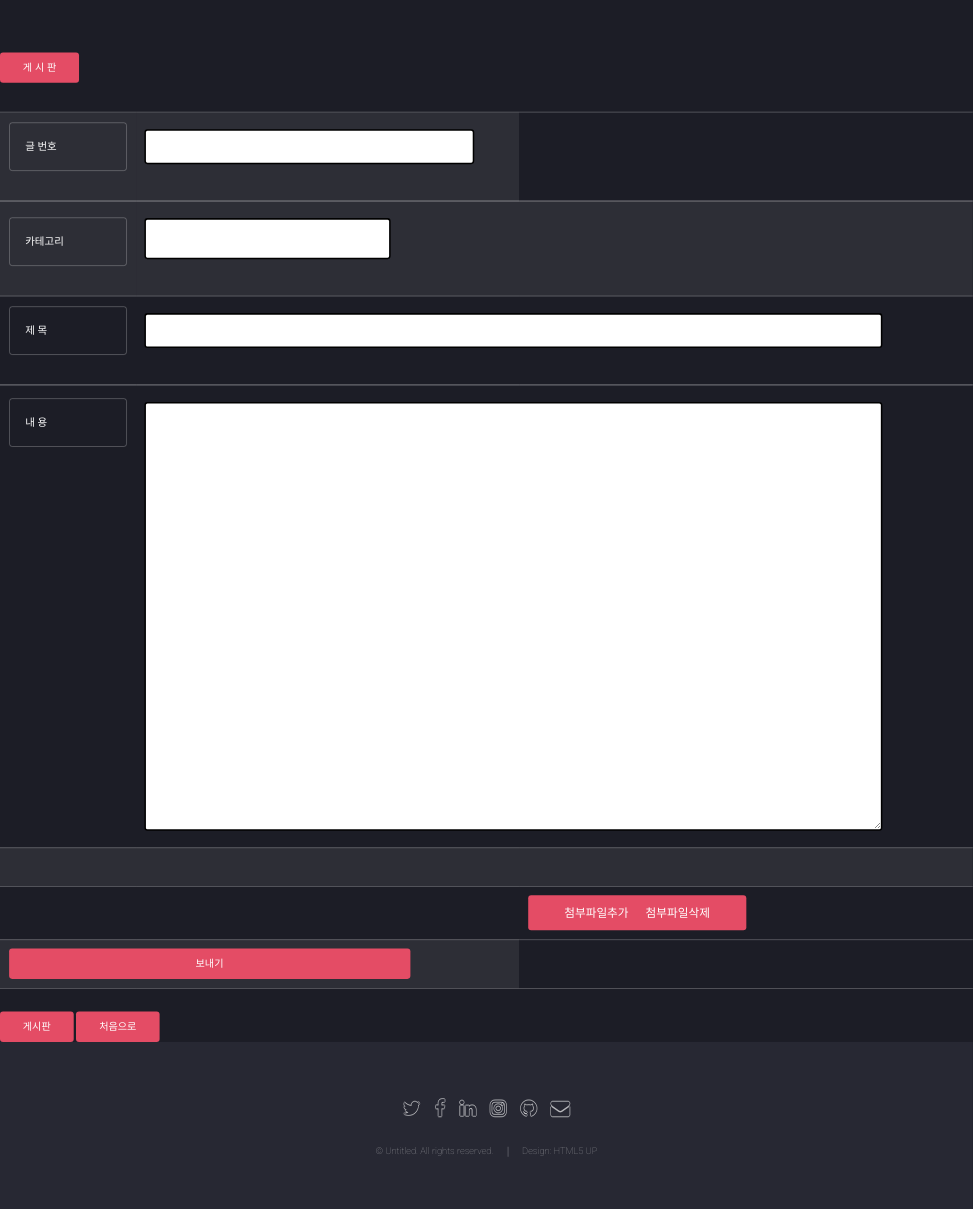
Repository: worMholEamkim/SpringEX
Page: http://localhost/bbs/bbsupdate.do
These files come from the project's save history. The page is drawn as it stood at one moment and after the next save; the edit follows.
The browser window is 1280 px wide. The pictures show the whole page, at 76% of full size.
The page is served by Tomcat 9. Other server files are loaded and not shown. Queries for data that is not in the repository find no rows.

Above is the page before, as saved 2019-03-18 05:04:21.

### JSP_WepPage_Server-master.zip_expanded/JSP_WepPage_Server-master/bbs/WebContent/WEB-INF/bbsupdate.jsp
<%@ page language="java" contentType="text/html; charset=UTF-8"
	pageEncoding="UTF-8"%>
<%@ taglib prefix="c" uri="http://java.sun.com/jsp/jstl/core"%>

<!DOCTYPE html>
<html lang="en">
<head>
<title>게시판 업로드데스</title>
<meta charset="utf-8">
		<meta charset="utf-8" />
		<meta name="viewport" content="width=device-width, initial-scale=1, user-scalable=no" />
		<link rel="stylesheet" href="assets/css/main.css" />
<style>

	box {
		display: inline;
		transition: border-color 0.2s ease-in-out;
	    background: transparent;
	    border-radius: 4px;
	    border: solid 1px rgba(255, 255, 255, 0.3);
	    color: inherit;
	    text-decoration: none;


	}

	a {
		color:white;
		text-decoration:none;
		border-bottom-color:transparent;

	}


</style>

</head>
<body class="is-preload">
	<%
		String sessionID = null;
		if (session.getAttribute("sessionID") != null) {
			sessionID = (String) session.getAttribute("sessionID");
		}
	%>
	<div class="wrapper style1">
			<button class="button primary"><a href="bbs.do">게 시 판</a></button>
		</div>
		<div align="center">
			<form method="post" action="bbsupdate.do">
				<table border=0px>
					<tr>
						<td><h5 class="box">글 번호</h5></td>
						<td colspan="2"><input name="bbsId" type="text" value="${bbsUpdate.bbsId}"  readonly
							style="width: 90%; padding: 12px 20px; margin: 10px 0px; background-color: white; box-sizing: border-box; border: 2px solid black;">
						</td>
					<tr>
					<tr>
						<td><h5 class="box">카테고리</h5></td>
						<td colspan="4">
						<select name="category"
							style="width: 30%; padding: 12px 20px; font-size: 18px; margin: 10px 0px; background-color: white; box-sizing: border-box; border: 2px solid black;">
								<c:if test="${bbsUpdate.bbsCategory == 'math'}">
									<option value="math" selected>수학</option>
								</c:if>
								<c:if test="${bbsUpdate.bbsCategory != 'math'}">
									<option value="math">수학</option>
								</c:if>
								<c:if test="${bbsUpdate.bbsCategory == 'enjoy'}">
									<option value="enjoy" selected>여행</option>
								</c:if>
								<c:if test="${bbsUpdate.bbsCategory != 'enjoy'}">
									<option value="enjoy">여행</option>
								</c:if>
								<c:if test="${bbsUpdate.bbsCategory == 'pic'}">
									<option value="pic" selected>사진</option>
								</c:if>
								<c:if test="${bbsUpdate.bbsCategory != 'pic'}">
									<option value="pic">사진</option>
								</c:if>
								<c:if test="${bbsUpdate.bbsCategory == 'java'}">
									<option value="java" selected>java</option>
								</c:if>
								<c:if test="${bbsUpdate.bbsCategory != 'java'}">
									<option value="java">java</option>
								</c:if>
								<c:if test="${bbsUpdate.bbsCategory == 'web'}">
									<option value="web" selected>웹프로그래밍</option>
								</c:if>
								<c:if test="${bbsUpdate.bbsCategory != 'web'}">
									<option value="web">웹프로그래밍</option>
								</c:if>
								<c:if test="${bbsUpdate.bbsCategory == 'estate'}">
									<option value="estate" selected>부동산</option>
								</c:if>
								<c:if test="${bbsUpdate.bbsCategory != 'estate'}">
									<option value="estate">부동산</option>
								</c:if>
								<c:if test="${bbsUpdate.bbsCategory == 'food'}">
									<option value="food" selected>음식</option>
								</c:if>
								<c:if test="${bbsUpdate.bbsCategory != 'food'}">
									<option value="food">음식</option>
								</c:if>
								<c:if test="${bbsUpdate.bbsCategory == 'common'}">
									<option value="common" selected>상식</option>
								</c:if>
								<c:if test="${bbsUpdate.bbsCategory != 'common'}">
									<option value="common">상식</option>
								</c:if>
						</select>
						</td>

					</tr>
					<tr>
						<td><h5 class="box">제 목</h5></td>
						<td colspan="4"><input name="title" type="text" value="${bbsUpdate.bbsTitle}"
							style="width: 90%; padding: 12px 20px; margin: 10px 0px; background-color: white; box-sizing: border-box; border: 2px solid black;">
						</td>
					<tr>
					<tr>
						<td><h5 class="box">내 용</h5></td>
						<td colspan="4"><textarea name="content" rows="20" cols="80"
								style="width: 90%; padding: 12px 20px; margin: 10px 0px; background-color: white; box-sizing: border-box; border: 2px solid black;">
								${bbsUpdate.bbsContent}</textarea>
						</td>
					</tr>

					<tr>
						<td colspan="5"><br>
						</td>
					<tr>

						<script type="text/javascript">
							var uf = "";
							function file_add(size, ext) {
								var filecountTemp = parseInt(document
										.getElementById("file_cnt").value);
								var parents = document
										.getElementById("file_add_form");
								var br = document.createElement("br");
								br.setAttribute("id", "br" + (filecountTemp + 1));
								parents.appendChild(br);
								if (filecountTemp == 30) {
									alert("파일업로드는 최대 30개까지 가능합니다"); //< --- 이 부분 지우면 무한대로 추가됨.
									return;
								} else {
									var obj = document.createElement("input");
									obj.setAttribute("type", "file");
									obj.setAttribute("size", size);
									obj.setAttribute("name", "bbs_file"
											+ (filecountTemp + 1));
									obj.setAttribute("id", "file"
											+ (filecountTemp + 1));
									parents.appendChild(obj);
								}
								document.getElementById("file_cnt").value = filecountTemp + 1;
							}
							function file_delete() {
								var filecountTemp = parseInt(document
										.getElementById("file_cnt").value);
								var parents = document
										.getElementById("file_add_form");
								var obj = document.getElementById('file'
										+ filecountTemp);
								var br = document.getElementById('br'
										+ filecountTemp);
								parents.removeChild(obj);

								document.getElementById("file_cnt").value = filecountTemp - 1;
							}
						</script>

						<td colspan="3"></td>

						<td colspan="3">
						<div class="button primary" style="width: 50%;">
						<input type="hidden" id="file_cnt"
							name="file_cnt" value="1" style="">
							<a href="javascript:file_add(50, 'class=input_write');"><b>첨부파일추가</b></a>&nbsp;&nbsp;&nbsp;&nbsp;&nbsp;
							<a href="javascript:file_delete();"><b>첨부파일삭제</b></a>
						</div>
						</td>
					</tr>

						<td colspan="3"><button type="submit"
								class="button primary"
								style="width: 80%;">보내기</button>
						</td>
					</tr>
				</table>
			</form>
		</div>

			<button class="button primary">
				<a href='bbs.do'>게시판</a>
			</button>

			<button class="button primary">
				<a href='home.do'>처음으로</a>
			</button>
	</div>
</body>
<footer id="footer">
					<ul class="icons">
						<li><a href="#" class="icon alt fa-twitter"><span class="label">Twitter</span></a></li>
						<li><a href="#" class="icon alt fa-facebook"><span class="label">Facebook</span></a></li>
						<li><a href="#" class="icon alt fa-linkedin"><span class="label">LinkedIn</span></a></li>
						<li><a href="#" class="icon alt fa-instagram"><span class="label">Instagram</span></a></li>
						<li><a href="#" class="icon alt fa-github"><span class="label">GitHub</span></a></li>
						<li><a href="#" class="icon alt fa-envelope"><span class="label">Email</span></a></li>
					</ul>
					<ul class="copyright">
						<li>&copy; Untitled. All rights reserved.</li><li>Design: <a href="http://html5up.net">HTML5 UP</a></li>
					</ul>
				</footer>
</html>

### JSP_WepPage_Server-master.zip_expanded/JSP_WepPage_Server-master/bbs/src/com/jsp/controller/BbsUpdateController.java
package com.jsp.controller;

import java.io.IOException;

import javax.servlet.RequestDispatcher;
import javax.servlet.ServletException;
import javax.servlet.http.HttpServlet;
import javax.servlet.http.HttpServletRequest;
import javax.servlet.http.HttpServletResponse;
import javax.servlet.http.HttpSession;

import com.jsp.dao.BbsDao;
import com.jsp.dao.TransactionDao;
import com.jsp.dto.BbsDto;
import com.oreilly.servlet.MultipartRequest;
import com.oreilly.servlet.multipart.DefaultFileRenamePolicy;

public class BbsUpdateController extends HttpServlet {
	@Override
	protected void doGet(HttpServletRequest req, HttpServletResponse resp) throws ServletException, IOException {
		String bbsID = req.getParameter("id");
		BbsDao bbsDao = BbsDao.getInstance();
		BbsDto bbsDto = bbsDao.selectById(bbsID);

		req.setAttribute("bbsUpdate", bbsDto);

		RequestDispatcher rd = req.getRequestDispatcher("/WEB-INF/bbsupdate.jsp");
		rd.forward(req, resp);
	}
	@Override
	protected void doPost(HttpServletRequest req, HttpServletResponse resp) throws ServletException, IOException {

		HttpSession session = req.getSession();
		String sessionID = null;
		if (session.getAttribute("sessionID") != null) {
			sessionID = (String) session.getAttribute("sessionID");
		}

		req.setCharacterEncoding("UTF-8");
		resp.setContentType("text/html;charset=UTF-8");

		String category = req.getParameter("category");
		String title = req.getParameter("title");
		String content = req.getParameter("content");
		String bbsId = req.getParameter("bbsId");


		BbsDto bbsDto = new BbsDto();
		bbsDto.setBbsTitle(title);
		bbsDto.setBbsCategory(category);
		bbsDto.setBbsContent(content);
		bbsDto.setBbsId(bbsId);



		TransactionDao tDao = TransactionDao.getInstance();
		System.out.println("업데이트올 작동?");
		int resultTrans = tDao.updateAll(bbsDto);
		//왜애 ㅠㅠㅠ어리머람ㅇㄴ리ㅏㅓㄴㅁ아ㅣ렁ㄴㅁ
		System.out.println(bbsDto.toString());
		req.setAttribute("resultTrans", resultTrans);

		RequestDispatcher rd = req.getRequestDispatcher("bbs.do");

		rd.forward(req, resp);

	}


}

### JSP_WepPage_Server-master.zip_expanded/JSP_WepPage_Server-master/bbs/src/com/jsp/dao/BbsDao.java
package com.jsp.dao;

import java.sql.Connection;
import java.sql.DriverManager;
import java.sql.PreparedStatement;
import java.sql.ResultSet;
import java.sql.SQLException;
import java.util.ArrayList;
import java.util.List;

import com.jsp.dto.BbsDto;

public class BbsDao {

	private static BbsDao bbsDao;
	private Connection conn;
	private PreparedStatement pstmt;
	private int result;
	private ResultSet rs;
	private List<BbsDto> bbsList;


	private BbsDao() {
	}



	public static synchronized BbsDao getInstance() {
		if(bbsDao == null) {
			bbsDao = new BbsDao();
	}
		return bbsDao;
	}
	public Connection getConnect() {
		String url = "jdbc:oracle:thin:@localhost:1521:xe";
		String id = "BIG";
		String pw ="1234";
		try {
			Class.forName("core.log.jdbc.driver.OracleDriver");
			conn = DriverManager.getConnection(url, id, pw);

		} catch(ClassNotFoundException e) {
			e.printStackTrace();
		} catch(SQLException e) {
			e.printStackTrace();
		}
		return conn;
	}

	public BbsDto selectById(String id) {

		// id 확인
		//System.out.println("dao에서 id = " + id);
		BbsDto bbsDto = new BbsDto();
		//System.out.println("왜");
		conn = this.getConnect();
		//System.out.println("에러가난거야 쉬뱌ㅠㅠ");

		StringBuffer query = new StringBuffer();
		query.append("SELECT *");
		query.append(" FROM BBS");
		query.append(" WHERE BBSID=? ");

		try {
			//System.out.println("양심적으로 try문은 들어가야지?");
			pstmt = conn.prepareStatement(query.toString());
			pstmt.setString(1, id);

			//System.out.println("설마 여긴가?");
			rs = pstmt.executeQuery();
			// rs 확인
			//System.out.println("dao에서 " + rs);
			while (rs.next()) {

				bbsDto.setId(rs.getString("ID"));
				bbsDto.setBbsId(rs.getString("BBSID"));
				bbsDto.setBbsTitle(rs.getString("BBSTITLE"));
				bbsDto.setBbsDate(rs.getString("BBSDATE"));
				bbsDto.setBbsCategory(rs.getString("BBSCATEGORY"));
				bbsDto.setBbsContent(rs.getString("BBSCONTENT"));
				bbsDto.setBbsHit(rs.getString("BBSHIT"));
				//System.out.println(bbsDto.toString());
			}
		} catch (SQLException e) {

		} finally {
			this.close(conn, pstmt, null);
		}
		return bbsDto;
	}


	public BbsDto selectBeforeById(String id) {

		BbsDto bbsDto = new BbsDto();
		conn = this.getConnect();
		StringBuffer query = new StringBuffer();

		query.append("SELECT * FROM BBS WHERE BBSID IN ");
		query.append(" ((SELECT MAX(BBSID) FROM BBS ");
		query.append(" WHERE BBSID < ? ))");
		try {
			pstmt = conn.prepareStatement(query.toString());
			pstmt.setString(1, id);
			rs = pstmt.executeQuery();

			while(rs.next()) {
				bbsDto.setId(rs.getString("ID"));
				bbsDto.setBbsId(rs.getString("BBSID"));
				bbsDto.setBbsTitle(rs.getString("BBSTITLE"));
				bbsDto.setBbsDate(rs.getString("BBSDATE"));
				bbsDto.setBbsCategory(rs.getString("BBSCATEGORY"));
				bbsDto.setBbsContent(rs.getString("BBSCONTENT"));
				bbsDto.setBbsHit(rs.getString("BBSHIT"));
			}
		} catch (SQLException e) {

		} finally {
			this.close(conn, pstmt, null);
		}
		return bbsDto;
	}


	public BbsDto selectAfterById(String id) {

		BbsDto	bbsDto = new BbsDto();
		conn = this.getConnect();
		StringBuffer query = new StringBuffer();

		query.append("SELECT * FROM BBS WHERE BBSID IN ");
		query.append(" ((SELECT MIN(BBSID) FROM BBS ");
		query.append(" WHERE BBSID > ? )) ");
		try {
			pstmt = conn.prepareStatement(query.toString());
			pstmt.setString(1, id);
			rs = pstmt.executeQuery();

			while(rs.next()) {
				bbsDto.setId(rs.getString("ID"));
				bbsDto.setBbsId(rs.getString("BBSID"));
				bbsDto.setBbsTitle(rs.getString("BBSTITLE"));
				bbsDto.setBbsDate(rs.getString("BBSDATE"));
				bbsDto.setBbsCategory(rs.getString("BBSCATEGORY"));
				bbsDto.setBbsContent(rs.getString("BBSCONTENT"));
				bbsDto.setBbsHit(rs.getString("BBSHIT"));
			}
		} catch (SQLException e) {

		} finally {
			this.close(conn, pstmt, null);
		}
		return bbsDto;
	}


	public int hitUpdate(String id) {

		conn = this.getConnect();
		StringBuffer query = new StringBuffer();
		query.append("UPDATE BBS SET BBSHIT = BBSHIT +1 WHERE BBSID=?");
			try {
				pstmt = conn.prepareStatement(query.toString());
				pstmt.setString(1, id);
				result = pstmt.executeUpdate();
			} catch(SQLException e1) {
	}
			finally {
				this.close(conn, pstmt, null);
			}
			return result;
	}

	public int hitUpdate(Connection conn, String id) {

			conn = this.getConnect();
			StringBuffer query = new StringBuffer();
			query.append("UPDATE BBS SET BBSHIT = BBSHIT +1 WHERE BBSID=?");
				try {
					pstmt = conn.prepareStatement(query.toString());
					pstmt.setString(1, id);
					result = pstmt.executeUpdate();
				} catch(SQLException e1) {
		}
				finally {
					this.close(conn, pstmt, null);
				}
				return result;
		}



	public int update(BbsDto bbsDto) {

		conn = this.getConnect();
		StringBuffer query = new StringBuffer();
		query.append("UPDATE BBS SET ");
		query.append(" BBTITLE=?, BBSCATEGORY=?, BBSCONTENT=?");
		query.append(" WHERE BBSID=?");
			try {
				pstmt = conn.prepareStatement(query.toString());
				pstmt.setString(1, bbsDto.getBbsTitle());
				pstmt.setString(2, bbsDto.getBbsCategory());
				pstmt.setString(3, bbsDto.getBbsContent());
				pstmt.setString(4, bbsDto.getBbsId());

				result = pstmt.executeUpdate();
			} catch (SQLException e1) {

			} finally {
				this.close(conn, pstmt, null);
			}
			return result;
	}


	public int insert(BbsDto bbsDto) {

		conn = this.getConnect();
		StringBuffer query = new StringBuffer();
		query.append("INSERT INTO BBS(BBSID, ID, BBSTITLE, BBSDATE, BBSCATEGORY, BBSCONTENT, BBSHIT)");
		query.append(" VALUES (bbs_seq.nextval ,? ,? ,sysdate,? ,? ,0 )");

		try {
			pstmt = conn.prepareStatement(query.toString());
			pstmt.setString(1, bbsDto.getId());
			pstmt.setString(2, bbsDto.getBbsTitle());
			pstmt.setString(3, bbsDto.getBbsCategory());
			pstmt.setString(4, bbsDto.getBbsContent());

			result = pstmt.executeUpdate();

		} catch (SQLException e) {
			e.printStackTrace();
		} finally {
			this.close(conn, pstmt, null);
		}
		return result;
	}


	public int insertOracle(BbsDto bbsDto) {

		conn = this.getConnect();
		StringBuffer query = new StringBuffer();
		query.append("INSERT INTO BBS(BBSID, ID, BBSTITLE, BBSDATE, BBSCATEGORY, BBSCONTENT, BBSHIT)");
		query.append(" VALUES(BBS_SEQ.BEXTVAL, ? ,? ,NOW(), ?, ?, 0 )");

		try {
			pstmt = conn.prepareStatement(query.toString());
			pstmt.setString(1,  bbsDto.getId());
			pstmt.setString(2,  bbsDto.getBbsTitle());
			pstmt.setString(3,  bbsDto.getBbsCategory());
			pstmt.setString(4,  bbsDto.getBbsContent());

			result = pstmt.executeUpdate();
		} catch (SQLException e) {
			e.printStackTrace();
		} finally {
			this.close(conn, pstmt, null);
		}
		return result;
	}


	public List<BbsDto> selectAll(int startNum, int perpage) {
		bbsList = new ArrayList<>();
		conn = this.getConnect();
		StringBuffer query = new StringBuffer();
		query.append("SELECT T2.*");
		query.append("	FROM (SELECT ROWNUM R2, T.*");
		query.append("	FROM (SELECT BBSID, ID, substr(BBSTITLE, 1, 10) BBSTITLE, BBSDATE,");
		query.append("BBSCATEGORY, substr(BBSCONTENT, 1, 15) BBSCONTENT, BBSHIT ");
		query.append(" FROM BBS ORDER BY BBSID DESC ) T) T2 ");
		query.append("WHERE T2.R2 BETWEEN ? AND ?");

		try {
			pstmt = conn.prepareStatement(query.toString());
			pstmt.setInt(1, startNum - 1);
			pstmt.setInt(2, perpage);


			rs = pstmt.executeQuery();
			while (rs.next()) {
				BbsDto bbsDto = new BbsDto();

				bbsDto.setId(rs.getString("ID"));
				bbsDto.setBbsId(rs.getString("BBSID"));
				bbsDto.setBbsTitle(rs.getString("BBSTITLE"));
				bbsDto.setBbsDate(rs.getString("BBSDATE"));
				bbsDto.setBbsCategory(rs.getString("BBSCATEGORY"));
				bbsDto.setBbsContent(rs.getString("BBSCONTENT"));
				bbsDto.setBbsHit(rs.getString("BBSHIT"));

				bbsList.add(bbsDto);
			}
			} catch(SQLException e) {
				e.printStackTrace();
		}	return bbsList;
}


	public int delete(int id) {

		conn = this.getConnect();
		StringBuffer query = new StringBuffer();

		try {

			query.append("DELETE FROM BBS");
			query.append(" WHERE BBSID = ?");
			pstmt = conn.prepareStatement(query.toString());
			pstmt.setInt(1,  id);
			int result = pstmt.executeUpdate();

			return result;
		} catch (SQLException e) {
			e.printStackTrace();
		} finally {
			this.close(conn, pstmt, null);
		}
		return -1;
	}



	public int getTotalCount() {

		conn = this.getConnect();
		StringBuffer query = new StringBuffer();
		query.append("SELECT count(*)");
		query.append(" FROM BBS");

		try {
			pstmt = conn.prepareStatement(query.toString());
			rs = pstmt.executeQuery();

			if(rs.next()) {
				return rs.getInt("count(*)");
			}
		} catch (SQLException e) {
			e.printStackTrace();
		} finally {
			this.close(conn, pstmt, rs);
		}
		return -1;
	}


	public void close(Connection conn, PreparedStatement stmt, ResultSet rs) {
		if (rs != null) {
			try {
				rs.close();
			} catch (SQLException e) {
			}
		}
		if (stmt != null) {
			try {
				stmt.close();
			} catch (SQLException e) {
			}
		}
		if (conn != null) {
			try {
				conn.close();
			} catch (SQLException e) {
			}
		}
	}

	public static void main(String[] args) {
		BbsDao mDao = BbsDao.getInstance();
	}


}

### JSP_WepPage_Server-master.zip_expanded/JSP_WepPage_Server-master/bbs/src/com/jsp/dto/BbsDto.java
package com.jsp.dto;

public class BbsDto {

	private String id;
	private String bbsId;
	private String bbsTitle;
	private String bbsDate;
	private String bbsCategory;
	private String bbsContent;
	private String bbsHit;

	public String getId() {
		return id;
	}
	public void setId(String id) {
		this.id = id;
	}
	public String getBbsId() {
		return bbsId;
	}
	public void setBbsId(String bbsId) {
		this.bbsId = bbsId;
	}
	public String getBbsTitle() {
		return bbsTitle;
	}
	public void setBbsTitle(String bbsTitle) {
		this.bbsTitle = bbsTitle;
	}
	public String getBbsDate() {
		return bbsDate;
	}
	public void setBbsDate(String bbsDate) {
		this.bbsDate = bbsDate;
	}
	public String getBbsCategory() {
		return bbsCategory;
	}
	public void setBbsCategory(String bbsCategory) {
		this.bbsCategory = bbsCategory;
	}
	public String getBbsContent() {
		return bbsContent;
	}
	public void setBbsContent(String bbsContent) {
		this.bbsContent = bbsContent;
	}
	public String getBbsHit() {
		return bbsHit;
	}
	public void setBbsHit(String bbsHit) {
		this.bbsHit = bbsHit;
	}
	@Override
	public String toString() {
		return "BbsDto [id=" + id + ", bbsId=" + bbsId + ", bbsTitle=" + bbsTitle + ", bbsDate=" + bbsDate
				+ ", bbsCategory=" + bbsCategory + ", bbsContent=" + bbsContent + ", bbsHit=" + bbsHit + "]";
	}

}

Loaded but not shown: JSP_WepPage_Server-master.zip_expanded/JSP_WepPage_Server-master/bbs/WebContent/assets/css/font-awesome.min.css (library); JSP_WepPage_Server-master.zip_expanded/JSP_WepPage_Server-master/bbs/WebContent/assets/css/main.css (4070 lines, source omitted)

After the next save:
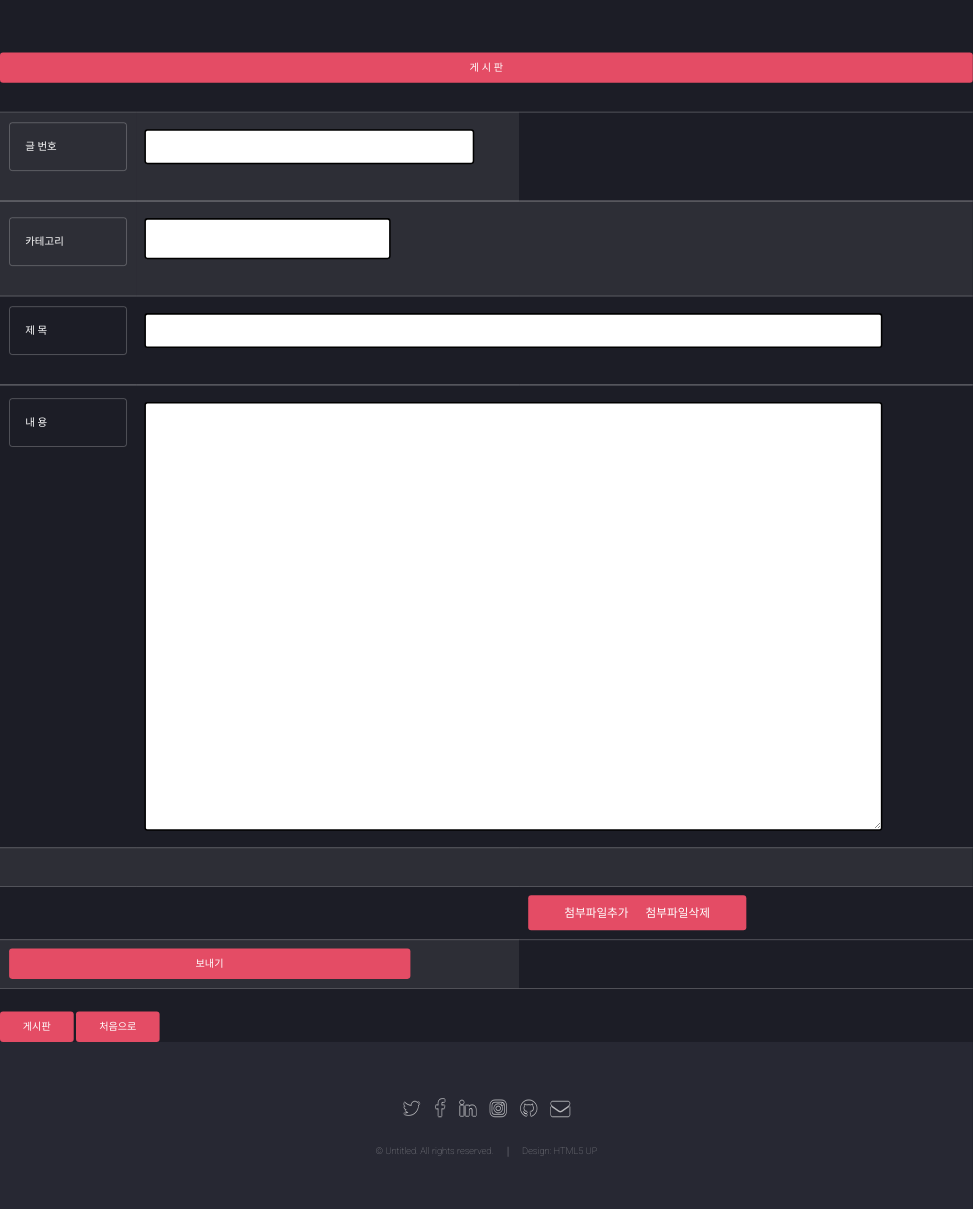
Saved 99 s later.
--- a/JSP_WepPage_Server-master.zip_expanded/JSP_WepPage_Server-master/bbs/WebContent/WEB-INF/bbsupdate.jsp
+++ b/JSP_WepPage_Server-master.zip_expanded/JSP_WepPage_Server-master/bbs/WebContent/WEB-INF/bbsupdate.jsp
@@ -43,7 +43,7 @@
 		}
 	%>
 	<div class="wrapper style1">
-			<button class="button primary"><a href="bbs.do">게 시 판</a></button>
+			<button class="button primary fit"><a href="bbs.do">게 시 판</a></button>
 		</div>
 		<div align="center">
 			<form method="post" action="bbsupdate.do">
